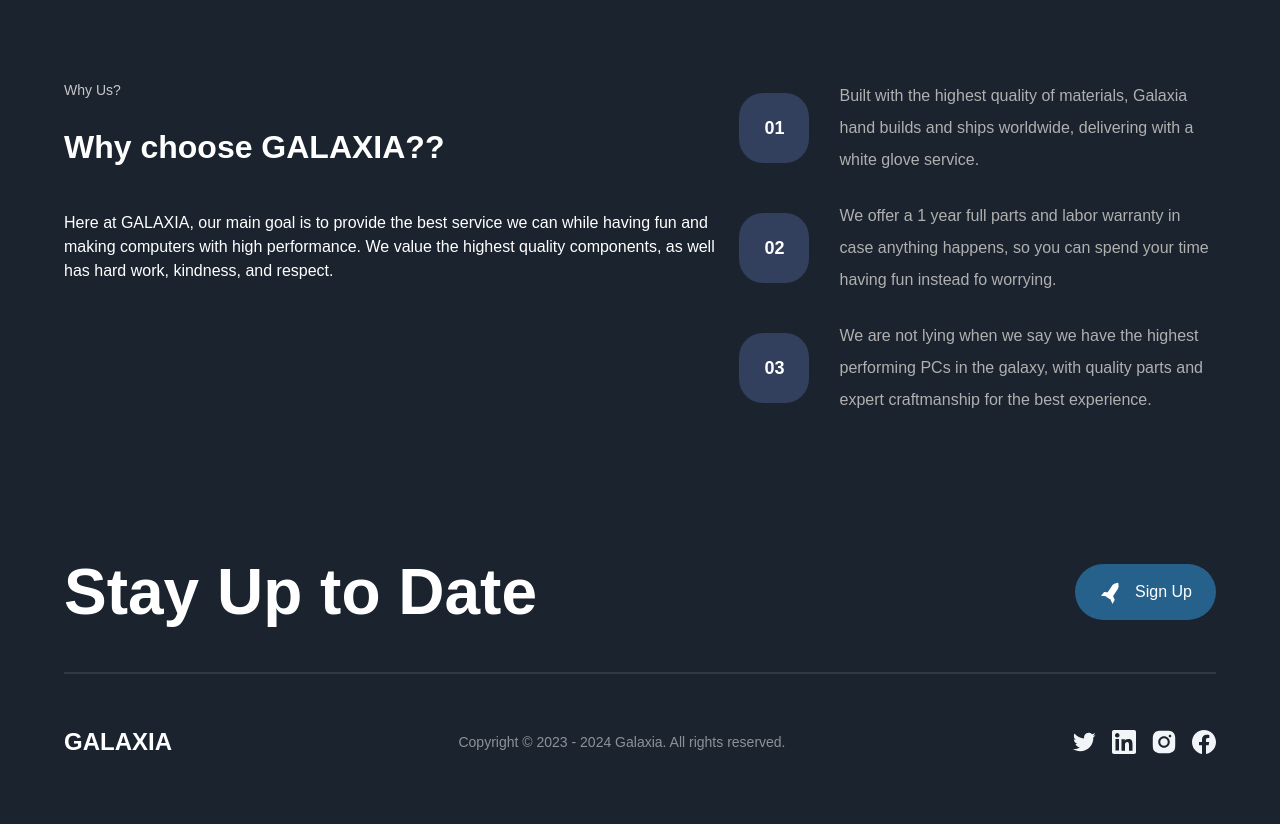
Repository: kaitlynlie/galaxia_pcs
Page: /
The author's editor kept a copy of each file at every save. The page is drawn from the files as they stood at one save, then again after the next save.
The browser window is 1280 px wide. The pictures show the part of the page from y = 2754 to 3578 px (the page is 3578 px tall).
Some web fonts or font styles are not loaded; a fallback is used. The project was rebuilt for these pictures with package versions that can differ from the ones it lists, and the page was loaded fresh each time. Also part of the build but not shown: vite.config.js, components/PCcard.jsx, sections/Neptune.jsx, sections/Jupiter.jsx, sections/People.jsx, src/assets/index.js, sections/Video.jsx, sections/Program.jsx and 4 more. Imported but missing from the stored project, and not drawn on this page: src/assets/video.mp4.

Above is the page before, as saved 2023-08-09 19:19:20.

### index.html
<!DOCTYPE html>
<html lang="en">
  <head>
    <style>
      /* WebKit-based browsers (Chrome, Safari) */
      ::-webkit-scrollbar {
        width: 12px;
      }

      ::-webkit-scrollbar-track {
        background-color: #606060; /* Adjust the background color */
      }

      ::-webkit-scrollbar-thumb {
        background-color: #25618b; /* Adjust the thumb color */
        border-radius: 6px;
      }
    </style>
    <meta charset="UTF-8" />
    <link rel="icon" type="image/svg+xml" href="/logo.svg" />
    <link rel="preconnect" href="https://stijndv.com" />
    <link rel="stylesheet" href="https://stijndv.com/fonts/Eudoxus-Sans.css" />
    <meta name="viewport" content="width=device-width, initial-scale=1.0" />
    <title>GALAXIA</title>
  </head>
  <body>
    <div id="root"></div>
    <script type="module" src="/src/main.jsx"></script>
  </body>
</html>

### src/main.jsx
import React from 'react'
import App from './App.jsx'
import ReactDOM from 'react-dom';
import { BrowserRouter } from 'react-router-dom';


ReactDOM.render(
  <BrowserRouter>
    <App />
  </BrowserRouter>,
  document.getElementById('root'),
);

### src/App.jsx
import Navbar from '../components/Navbar'
import Home from '../pages/Home'
import Community from '../pages/Community'
import Creator from '../pages/Creator'
import PCs from '../pages/PCs'
import { Route, Routes } from 'react-router-dom'
import React from 'react'
import '../styles/globals.css'

function App() {

  return (
    <>
    <div className='bg-primary-black overflow-hidden'>
      <img
            src='./stars.png'
            alt='stars'
            className="z-0 absolute w-screen h-screen object-cover object-center opacity-50"
      />
      <Navbar />
      <Routes>
        <Route index path="/" element={<Home />} />
        <Route path="pc" element={<PCs />} />
        <Route path="community" element={<Community />} />
        <Route path="creator" element={<Creator />} />
      </Routes>
     </div>
    </>
  )
}

export default App

### components/Navbar.jsx
import { motion } from "framer-motion";
import styles from '../styles'
import { navVariants, textVariant } from '../utils/motion'
import { useState } from "react";
import { RiMenu3Line, RiCloseLine } from 'react-icons/ri';
import { Link } from 'react-router-dom'
import React from 'react'

const Navbar = () => {
  const [toggleMenu, setToggleMenu] = useState(false);

  const [nav, setNav] = useState(false);

  const openNav = () => {
    setNav(!nav);
  };

  return(
   <motion.nav
    variants={navVariants}
    initial="show"
    whileInView="show"
    viewport={{ once: false, amount: 0.25 }}
    className={`${styles.xPaddings} py-8 relative`}
  >
    <div className={`${styles.innerWidth} mx-auto flex justify-between gap-8 inline-block`}>
      <div className="flex flex-row gap-4 z-10">
        <img
          src='./logo.svg'
          alt='logo'
          />
          <Link onClick={openNav} to="/"><motion.h1 variants={textVariant(1.1)} className="flex text-white font-bold text-[24px] z-10">
            <a>GALAXIA</a>
          </motion.h1></Link>
      </div>

      <ul className='flex justify-center items-center text-white max-[880px]:hidden block z-10'>
        <Link onClick={openNav} to='/pc'><li className="mr-12"><a>Gaming PCs</a></li></Link>
        <Link onClick={openNav} to='/community'><li className="mr-12"><a>Community</a></li></Link>
        <Link onClick={openNav} to='/creator'><li><a>Creator Program</a></li></Link>
      </ul>

      <div className="relative ml-1 pointer max-[880px]:block hidden z-10">
        {toggleMenu
          ? <RiCloseLine color="#fff" size={27} onClick={() => setToggleMenu(false)} />
          : <RiMenu3Line color="#fff" size={27} onClick={() => setToggleMenu(true)} />}
        {toggleMenu && (
        <div className="flex justify-end items-end flex-col text-end bg-[#026884ce] p-3 absolute top-[40px] right-[10px] mt-1 rounded-[5px] shadow z-10">
          <div className="none">
            <ul className='flex justify-end items-end flex-col text-white text-end p-1'>
              <Link onClick={openNav} to='/pc'><li><a>Gaming PCs</a></li></Link>
              <Link onClick={openNav} to='/community'><li className="mt-2 pointer"><a>Community</a></li></Link>
              <Link onClick={openNav} to='/creator'><li className="mt-2 pointer"><a>Creator Program</a></li></Link>
            </ul>
          </div>
        </div>
        )}
        </div>

        <div className="flex flex-row gap-4 items-center max-[880px]:hidden block">
        <img
          src='./user.svg'
          alt='user'
        />
        <img
          src='./cart.svg'
          alt='cart'
        />
      </div>
      </div>

  </motion.nav>
  );
};

export default Navbar;

### pages/Home.jsx
import { Footer, Navbar } from '../components';
import { Triton, Neptune, Jupiter, Hero, WhyUs, Member } from '../sections';
import React from 'react'
import PickPC from '../sections/PickPC';

const Home = () => (
  <div className='bg-primary-black overflow-hidden'>
        {/* <img
          src='./stars.png'
          alt='stars'
          className="z-0 absolute w-screen h-screen object-cover object-center opacity-50"
    /> */}
    <Hero />
    <div className='relative'>
      <Triton />
      {/* <div className='gradient-03 z-0' /> */}
      <PickPC />
      <Member />
      {/* <Neptune /> */}
    </div>
    <div className='relative'>
      {/* <Jupiter /> */}
    </div>
    <div className='relative'>
      <WhyUs />
      {/* <div className='gradient-04 z-0' /> */}
      <Footer />
    </div>
  </div>
);

export default Home;

### styles/globals.css
@import "tailwindcss/base";

@import "tailwindcss/components";

@import "tailwindcss/utilities";

* {
  margin: 0;
  padding: 0;
  box-sizing: border-box;
  font-family: "Eudoxus Sans", sans-serif;
  scroll-behavior: smooth;
}

.gradient-01 {
  background-image: linear-gradient(
    270deg,
    hsl(295deg 76% 51%) 0%,
    hsl(284deg 70% 73%) 26%,
    hsl(257deg 70% 86%) 39%,
    hsl(202deg 92% 90%) 50%,
    hsl(215deg 77% 81%) 61%,
    hsl(221deg 73% 70%) 74%,
    hsl(220deg 76% 51%) 100%
  );
  filter: blur(125px);
}

.hero-gradient {
  background: linear-gradient(
    97.86deg,
    #a509ff 0%,
    #34acc7 53.65%,
    #a134c7 100%
  );
}

.gradient-02 {
  position: absolute;
  width: 200px;
  height: 438px;
  top: 0px;
  right: 0px;

  background: #7aebfb;
  filter: blur(190px);
}

.glassmorphism {
  background: rgba(255, 255, 255, 0.25);
  box-shadow: 0 8px 32px 0 rgba(31, 38, 135, 0.37);
  backdrop-filter: blur(4px);
  -webkit-backdrop-filter: blur(4px);
  border: 1px solid rgba(255, 255, 255, 0.18);
}

.gradient-03 {
  position: absolute;
  width: 404px;
  height: 800px;
  left: 20%;
  top: 5%;

  background: rgba(149, 66, 232, 0.35);
  filter: blur(175px);
  transform: rotate(-114.2deg);
}

.gradient-04 {
  position: absolute;
  width: 304px;
  height: 100vh;
  left: 30%;
  top: 10%;

  background: rgba(45, 72, 152, 0.75);
  filter: blur(200px);
  transform: rotate(-53.13deg);
}

.gradient-05 {
  background: linear-gradient(
    180deg,
    rgba(255, 255, 255, 0.04) 0%,
    rgba(255, 255, 255, 0) 100%
  );
}

.feedback-gradient {
  position: absolute;
  width: 200px;
  height: 316px;
  left: 0px;
  top: 0px;

  background: #8d39a3;
  filter: blur(175px);
}

.footer-gradient {
  position: absolute;
  width: 500px;
  height: 100px;
  left: 37%;
  bottom: 0;

  background: #65c4fa;
  filter: blur(150px);
}

.object {
  animation: MoveUpDown 4s linear infinite;
  position: relative;
  left: 0;
  bottom: 0;
}

@keyframes MoveUpDown {
  0%, 100% {
    bottom: 0;
  }
  50% {
    bottom: 100px;
  }
}

### components/CustomTexts.jsx
'use client';

import { motion } from "framer-motion";
import { textContainer, textVariant2 } from '../utils/motion'

export const TypingText = ({ title, textStyles}) => (
  <motion.p
    variants={textContainer}
    className={`font-normal text-[14px] text-secondary-white ${textStyles}`}
  >
    {Array.from(title).map((letter, index) => (
      <motion.span variants={textVariant2} key={index}>
        {letter === ' ' ? '\u00A0' : letter}
      </motion.span>
    ))}
  </motion.p>
);

export const TitleText = ({ title, textStyles}) => (
  <motion.h2
    variants={textVariant2}
    initial='hidden'
    whileInView='show'
    className={`mt-[22px] font-bold text-[32px] text-white ${textStyles}`}>
      {title}
  </motion.h2>
);

### components/WhyFeatures.jsx
import styles from "../styles";

const WhyFeatures = ({ number, subtitle
}) => (
  <div className={`${styles.flexCenter} flex-row`}>
    <div className={`${styles.flexCenter} w-[70px] h-[70px] rounded-[24px] bg-[#323f5d]`}>
      <p className="font-bold text-[18px] text-white">0{number}</p>
    </div>
    <p className="flex-1 ml-[30px] font-normal text-[16px] text-[#B0B0B0] leading-[32px]">{subtitle}</p>
  </div>
);

export default WhyFeatures;

### components/Footer.jsx
'use client';
import { motion } from "framer-motion";
import { socials } from "../constants";
import styles from "../styles";
import { footerVariants } from "../utils/motion";

const Footer = () => (
  <motion.footer
    variants={footerVariants}
    initial='show'
    whileInView='show'
    viewport={{ once: true, amount: 0.25 }}
    className={`${styles.paddings} py-8 relative`}>
    {/* <div className="footer-gradient" /> */}
    <div className={`${styles.innerWidth} mx-auto flex flex-col gap-8`}>
      <div className="flex items-center sm:justify-between flex-wrap gap-5">
        <h4 className="font-bold md:text-[64px] text-[44px] text-white">Stay Up to Date</h4>
        <button type="button" className="flex items-center h-fit py-4 px-6 bg-[#25618b] rounded-[32px] gap-[12px]">
          <img src='/logo.svg' alt='logo' className="w-[24px] h-[24px] object-contains"/>
          <span className="font-normal text-[16px] text-white">Sign Up</span>
        </button>
      </div>

      <div className="flex flex-col">
        <div className="mb-[50px] h-[2px] bg-white opacity-10"/>
        <div className="flex items-center justify-between flex-wrap gap-4">
          <h4 className="font-extrabold text-[24px] text-white">GALAXIA</h4>
          <p className="font-normal text-[14px] text-white opacity-50">
          Copyright © 2023 - 2024 Galaxia. All rights reserved.
          </p>
          <div className="flex gap-4">
            {socials.map((social) => (
              <img
                key={social.name}
                src={social.url}
                alt={social.name}
                className="w-[24px] h-[24px] object-contain cursor-pointer" />
            ))}
          </div>
        </div>
      </div>
    </div>
  </motion.footer>
);

export default Footer;

### components/Button.jsx
'use client';

const Button = () => (
    <button
    type="button"
    className="flex w-[127px] font-bold h-[44px] mt-[22px] items-center justify-center gap-[12px] bg-[#25618B] text-white text-[16px] rounded-[32px] pointer tracking-[0.08px] shrink-0 shadow-md transition-transform duration-300 hover:scale-105 hover:shadow-lg"
  >ADD TO CART
</button>
  );

  export default Button;

### sections/Triton.jsx
'use client';

import { motion } from "framer-motion";
import { TypingText, Button } from '../components'
import styles from '../styles';
import { fadeIn, staggerContainer } from '../utils/motion';

const Triton = () => (
  <section className={`${styles.xPaddings} relative z-10 py-8`}>
      <motion.div
        variants={staggerContainer}
        initial='hidden'
        whileInView='show'
        viewport={{ once: true, amount: 0.25}}
        className={`${styles.innerWidth} mx-auto md:px-[100px] max-[1000px]:block hidden`}>
          <TypingText title='FEATURED' textStyles='text-center' />
          <motion.div
            variants={fadeIn('up', 'tween', 0.2, 1)}
            viewport={{ once: true, amount: 0.25}}
            className="mt-[8px] font-normal text-center text-secondary-white mt-9 ${styles.flexCenter} flex-col">
              <span className="font-extrabold text-white sm:text-[32px] text-[20px]">TRITON </span>
              <p className="text-[20px] text-white">Triton, dedicated to users who want to travel past gaming experiences, uses high level components on the cutting edge of computers. Bold, beautiful, and a new reality for all users.</p>
          </motion.div>

          <motion.div
            variants={fadeIn('up', 'tween', 0.3, 1)}
            className="flex flex-row max-[880px]:flex-col justify-between max-[880px]:items-center">


            <div className="flex flex-col justify-start items-start max-[880px]:items-center mt-[38px]">
              <div className="flex flex-row justify-center items-center">
               <img
                src="/core.svg"
                alt="core"
                className="w-[37px] h-[37px] mt-[23px] justify-center items-center" />
                <p className="text-[20px] mt-[23px] ml-[19px] text-white">Earth Core e2-1023</p>
              </div>
              <div className="flex flex-row justify-center items-center">
               <img
                src="/card.svg"
                alt="card"
                className="w-[37px] h-[37px] mt-[23px] justify-start items-center" />
                <p className="text-[20px] mt-[23px] ml-[19px] text-white">KForce MTX 2390 Ti 12GB</p>
              </div>
            </div>

            <div className="flex flex-col justify-start items-start max-[880px]:items-center mt-[38px]">
              <div className="flex flex-row justify-between items-center">
                <p className="text-[20px] mt-[23px] text-white leading-9">$1,599.99 USD</p>
                <p className="text-[15px] mt-[23px] text-white line-through leading-[27px] ml-1">$1,999.99 USD</p>
              </div>
              <div className="flex flex-row justify-center items-center max-[880px]:flex-col">
                <Button />
              </div>
            </div>

          </motion.div>
      </motion.div>
  </section>
);

export default Triton;

### sections/WhyUs.jsx
'use client';

import { motion } from "framer-motion";
import { TypingText, WhyFeatures, TitleText } from '../components'
import styles from '../styles';
import { staggerContainer, fadeIn, planetVariants } from '../utils/motion';
import { whyUs } from '../constants'

const GetStarted = () => (
  <section className={`${styles.paddings} relative z-10 flex justify-center items-center`}>
    <motion.div
      className={`${styles.innerWidth} mx-auto flex flex-col justify-center items-center`}>
        <img src='./whyus.png'
              alt='why us'
              className="h-[600px] w-[600px] mb-20"
        />

        <motion.div
          variants={fadeIn('left', 'tween', 0.2, 1)}
          className="flex justify-between gap-[20px]">

            <div className="flex flex-col">
              <TypingText title="Why Us?" />
              <TitleText title={<>Why choose GALAXIA??</>} />
              <p className="text-white mt-10">Here at GALAXIA, our main goal is to provide the best service we can while having fun and making computers with high performance. We value the highest quality components, as well has hard work, kindness, and respect.</p>
            </div>

            <div className="flex flex-col gap-[24px]">
              {whyUs.map((feature) => (
              <WhyFeatures key={feature.subtitle} {...feature} />
                ))}
            </div>
          </motion.div>

    </motion.div>
  </section>
);

export default GetStarted;

### sections/Member.jsx
import React from 'react'
import { TypingText } from '../components'
import styles from '../styles'

const Member = () => {
  return (
    <section className={`${styles.xPaddings} relative z-10 py-20 flex flex-col justify-center items-center mt-10 bg-[url('banner.jpeg')]`}>
      <div className={`${styles.innerWidth} md:px-[100px] mb-0 items-center flex-col flex justify-center`}>
          <TypingText title='ONE OF US' textStyles='text-center' />
          <div className="font-normal text-center text-secondary-white mt-10 flex-col flex flex-center items-center justify-center">
              <span className="font-extrabold text-white sm:text-[32px] text-[20px]">Interested in joining the GALAXIA Creator Program?</span>
              <p className="text-[20px] text-white">We would love to work with creators to empower those who are stars in making or are already shining! We focus on making items that we find interesting and would love to work with creators that do the same.</p>
            <button
                type="button"
                className="flex w-[127px] h-[44px] mt-[22px] items-center justify-center gap-[12px] bg-[#25618B] text-white text-[16px] rounded-[32px] pointer tracking-[0.08px] shrink-0 shadow-md transition-transform duration-300 hover:scale-105 hover:shadow-lg"
                >APPLY NOW
            </button>
        </div>
        </div>
        </section>
  )
}

export default Member

Loaded but not shown: utils/motion.js (161 lines, source omitted); constants/index.js (90 lines, source omitted); styles/index.js (23 lines, source omitted); tailwind.config.js (24 lines, source omitted); sections/index.js (21 lines, source omitted); components/index.js (16 lines, source omitted); sections/PickPC.jsx (223 lines, source omitted); sections/Hero.jsx (75 lines, source omitted)

After the next save:
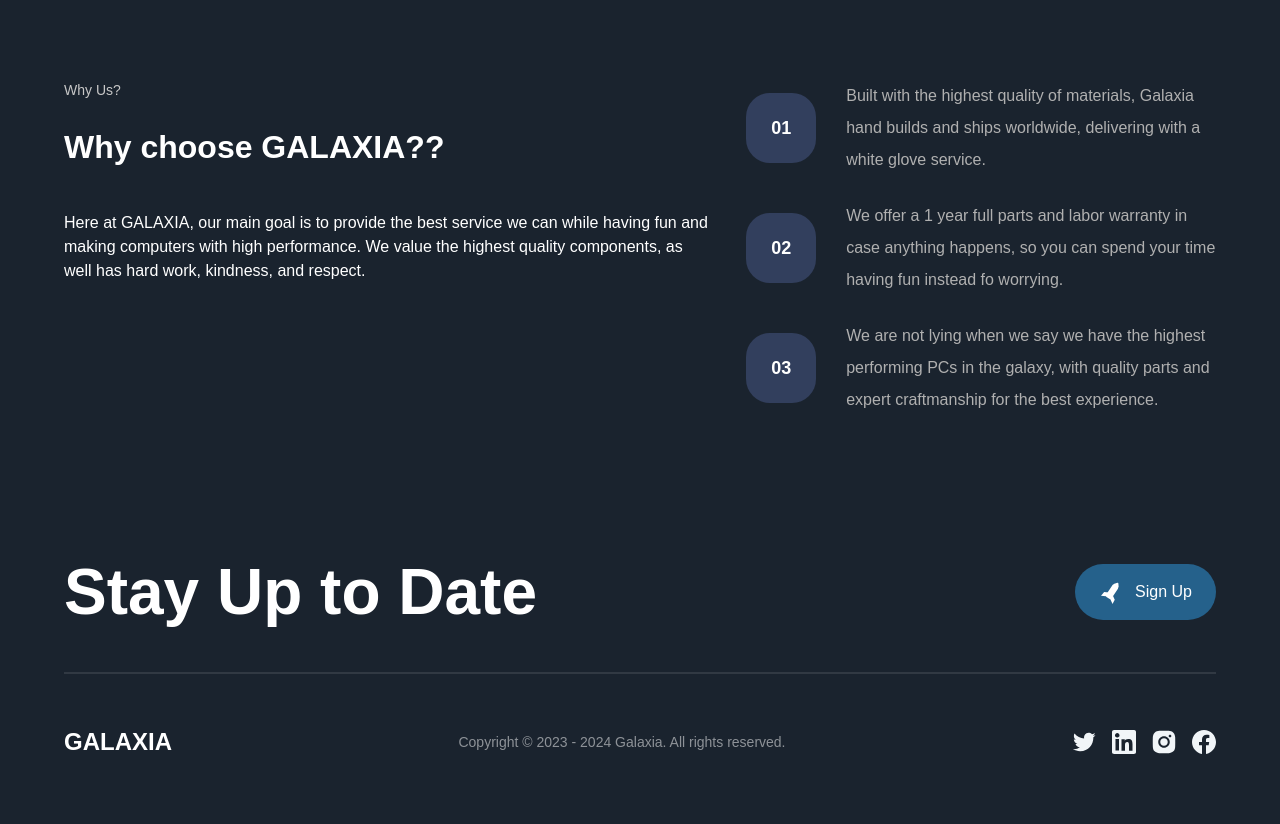
Saved 27 s later.
--- a/sections/WhyUs.jsx
+++ b/sections/WhyUs.jsx
@@ -17,7 +17,7 @@
 
         <motion.div
           variants={fadeIn('left', 'tween', 0.2, 1)}
-          className="flex justify-between gap-[20px]">
+          className="flex justify-between gap-[20px] space-x-4">
 
             <div className="flex flex-col">
               <TypingText title="Why Us?" />

After the save that followed:
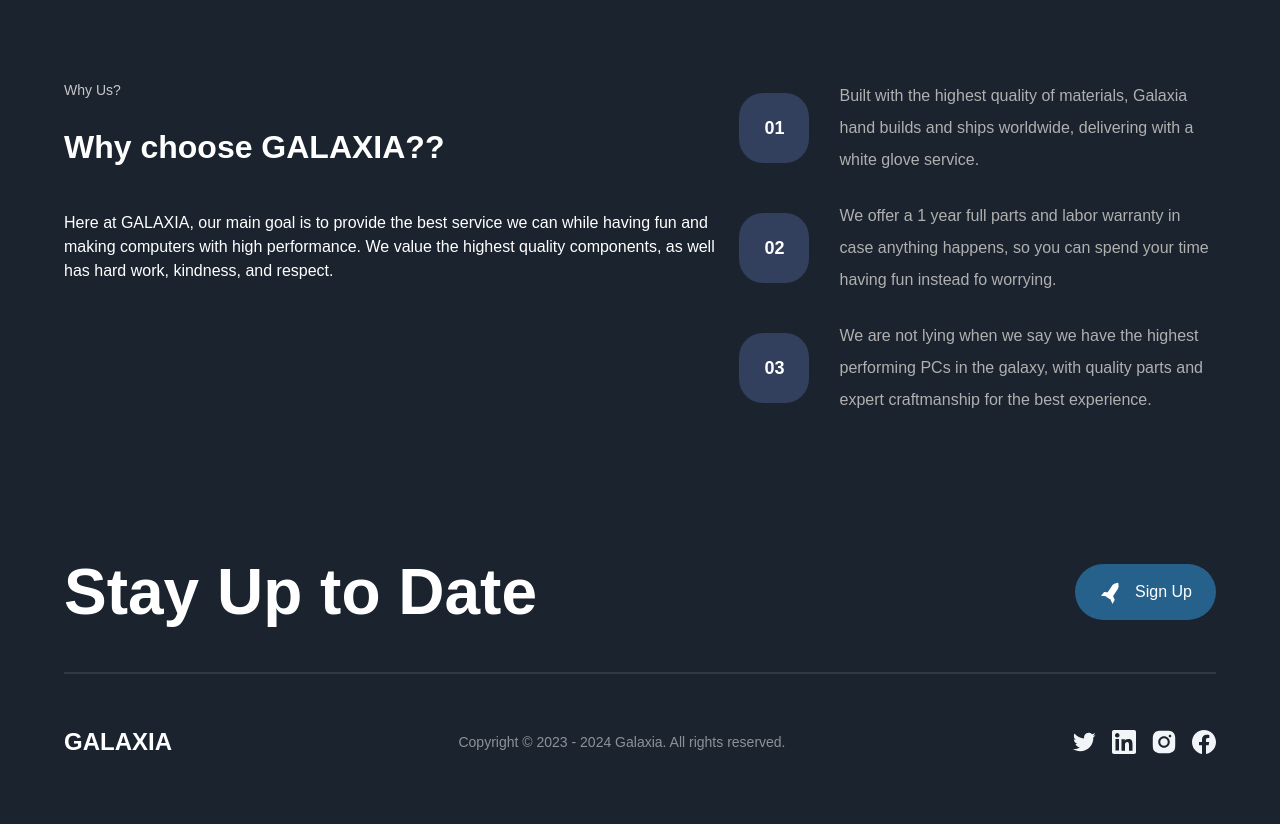
Saved 4 s later.
--- a/sections/WhyUs.jsx
+++ b/sections/WhyUs.jsx
@@ -17,7 +17,7 @@
 
         <motion.div
           variants={fadeIn('left', 'tween', 0.2, 1)}
-          className="flex justify-between gap-[20px] space-x-4">
+          className="flex justify-between gap-[20px]">
 
             <div className="flex flex-col">
               <TypingText title="Why Us?" />
